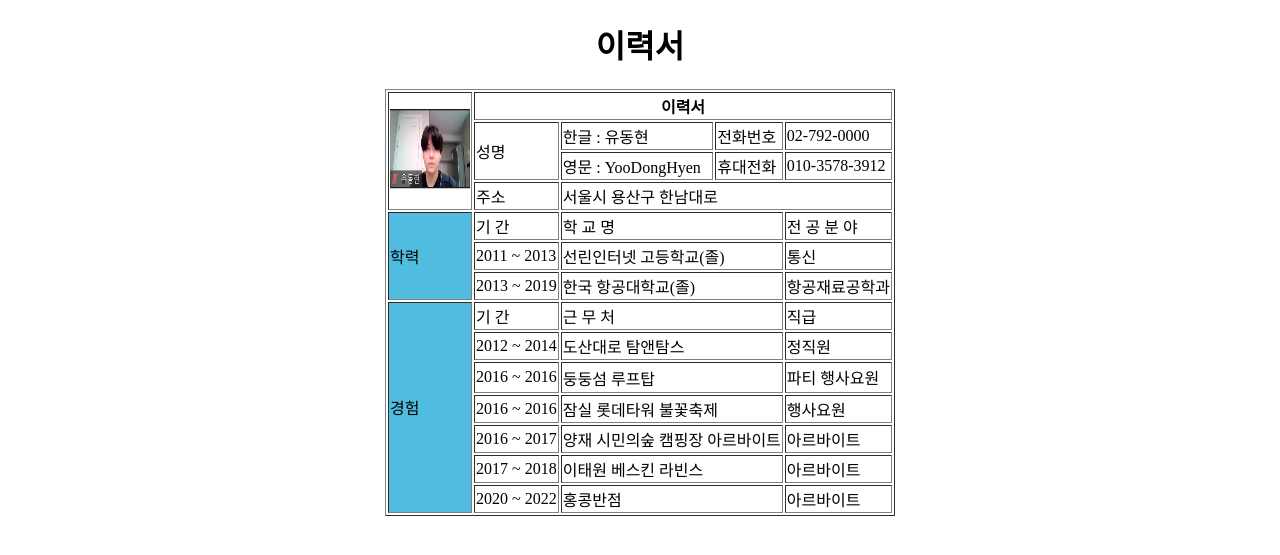
Repository: DongHyenYoo/DongHyen
Page: JdbcStudy/HTMLTEST/WebContent/resume.html
An editor plug-in stored every save of this project. The page is shown before and after the next save, followed by the edit.
The browser window is 1280 px wide. The pictures show the whole page.

Above is the page before, as saved 2022-09-23 08:47:33.

### JdbcStudy/HTMLTEST/WebContent/resume.html
<!DOCTYPE html>
<html>
<head>
<meta charset="UTF-8">
<title>이력서</title>
</head>
<body>
<h1 align = "center">이력서</h1>
<table border="1" align = "center">
<tr>
<td rowspan="4"><img src="Test.jpg" width = "80" height="80" alt="테스트"></td> <td colspan="4" align="center"><strong>이력서<strong></strong></td>
</tr>

<tr>
 <td rowspan="2">성명</td> <td>한글 : 유동현</td> <td>전화번호</td> <td> 02-792-0000</td>
</tr>

<tr>
 <td>영문 : YooDongHyen</td> <td>휴대전화</td> <td>010-3578-3912</td>
</tr>

<tr>
 <td>주소</td> <td colspan="3">서울시 용산구 한남대로</td>
</tr>

<tr>
 <td rowspan = "3" bgcolor="#50BCDF">학력</td> <td>기&nbsp;간</td> <td colspan="2">학&nbsp;교&nbsp;명</td> <td>전&nbsp;공&nbsp;분&nbsp;야</td>
</tr>

<tr>
 <td>2011 ~ 2013</td>  <td colspan="2">선린인터넷 고등학교(졸)</td> <td>통신</td>
</tr>

<tr>
 <td>2013 ~ 2019</td> <td colspan="2">한국 항공대학교(졸)</td> <td>항공재료공학과</td>
</tr>


<tr>
 <td rowspan = "7" bgcolor="#50BCDF">경험</td> <td>기&nbsp;간</td> <td colspan="2">근&nbsp;무&nbsp;처</td> <td>직급</td>
</tr>

<tr>
 <td>2012 ~ 2014</td>  <td colspan="2">도산대로 탐앤탐스</td> <td>정직원</td>
</tr>

<tr>
 <td>2016 ~ 2016</td> <td colspan="2">둥둥섬 루프탑 <font size="5" color="blue" Deluxe Sunsets</td> <td>파티 행사요원</td>
</tr>

<tr>
 <td>2016 ~ 2016</td> <td colspan="2">잠실 롯데타워 불꽃축제</td> <td>행사요원</td>
</tr>

<tr>
 <td>2016 ~ 2017</td> <td colspan="2">양재 시민의숲 캠핑장 아르바이트</td> <td>아르바이트</td>
</tr>

<tr>
 <td>2017 ~ 2018</td> <td colspan="2">이태원 베스킨 라빈스</td> <td>아르바이트</td>
</tr>

<tr>
 <td>2020 ~ 2022</td> <td colspan="2">홍콩반점</td> <td>아르바이트</td>
</tr>




</table>
</body>
</html>

After the next save:
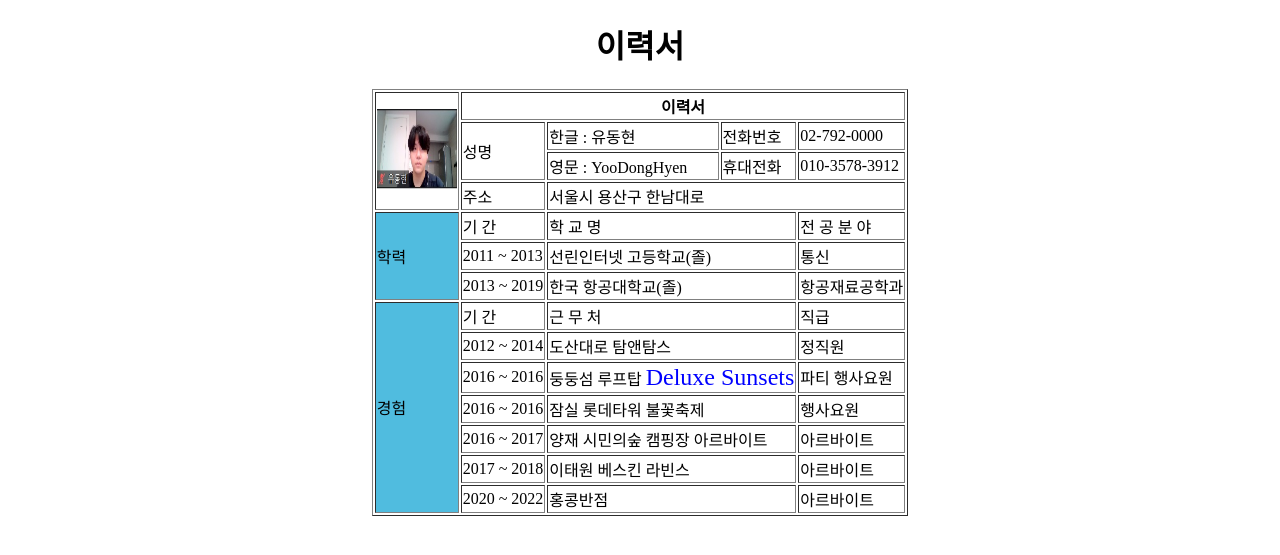
Saved 24 s later.
--- a/JdbcStudy/HTMLTEST/WebContent/resume.html
+++ b/JdbcStudy/HTMLTEST/WebContent/resume.html
@@ -45,7 +45,7 @@
 </tr>
 
 <tr>
- <td>2016 ~ 2016</td> <td colspan="2">둥둥섬 루프탑 <font size="5" color="blue" Deluxe Sunsets</td> <td>파티 행사요원</td>
+ <td>2016 ~ 2016</td> <td colspan="2">둥둥섬 루프탑 <font size="5" color="blue"> Deluxe Sunsets</font></td> <td>파티 행사요원</td>
 </tr>
 
 <tr>
